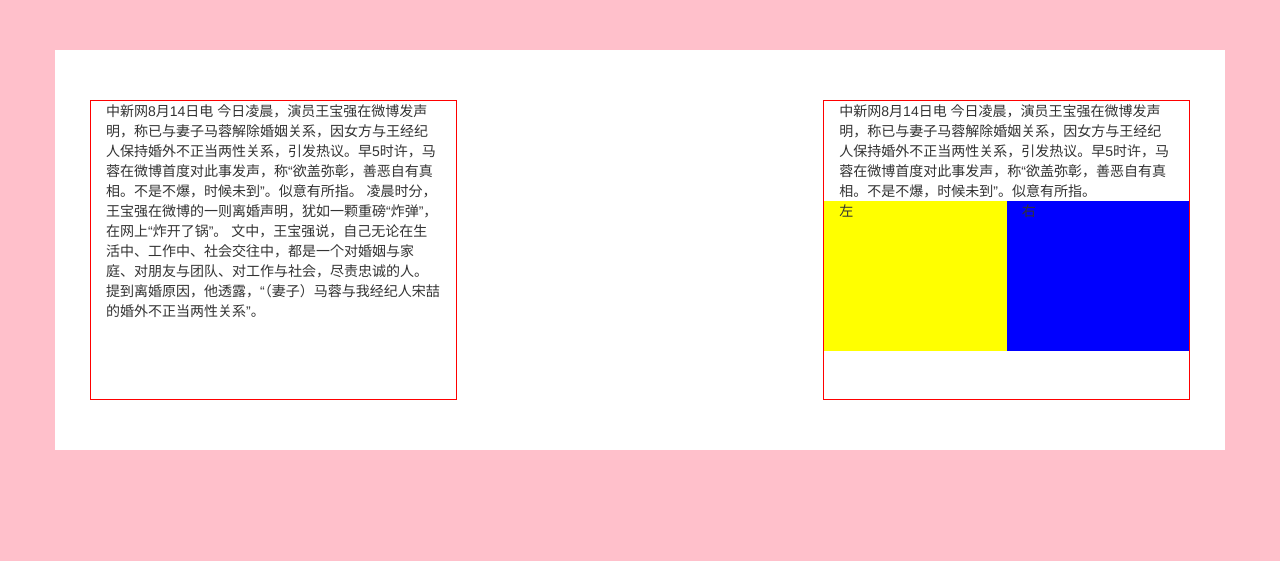
Repository: linkosong/mine
Page: workspaces/activity/src/main/webapp/index.html
An editor plug-in stored every save of this project. The page is shown before and after the next save, followed by the edit.
The browser window is 1280 px wide. The pictures show the whole page.

Above is the page before, as saved 2016-11-18 01:53:05.

### workspaces/activity/src/main/webapp/index.html
<!DOCTYPE HTML>
<html>
	<head>
		<meta http-equiv="X-UA-Compatible" content="IE=edge"><!--  IE浏览器9.0全都支持 ，的核心配置意思是与bootstrap交融，正常使用  -->
		<meta name="viewport" charset="utf-8"  content="device=device-width,initoal-scale=1"><!--  合适图框的大小，缩放的比例 ，支持pc端，移动端     -->
		<title>Bootstrap基础入门</title>
		<link rel="stylesheet" href="bootstrap/css/bootstrap.min.css" type="text/css"></link>
		<script type="text/javascript" src="bootstrap/js/jquery-3.1.1.min.js"></script>
		<script type="text/javascript" src="bootstrap/js/bootstrap.min.js"></script>
	</head>
<!-- 栅格系统 -->
	<body style="padding: 50px; background-color: pink">
		<div class="container" style="padding: 50px; background-color: #fff"> <!-- container : 表示的是文字或内容到边框的自动调整       -->

			<div class="row">
				<div class="col-md-4 " style="border:1px solid red;height:300px"> <!--  col-md-* :表示的是所适应的屏幕
				                                                                        col-后跟sm用于手机端， xs用于平板 ， md用于电脑 ，lg用于大屏幕
				                                                                                                                                                                                                                        默认的是一行十二列
				                                                                     -->

					中新网8月14日电
					今日凌晨，演员王宝强在微博发声明，称已与妻子马蓉解除婚姻关系，因女方与王经纪人保持婚外不正当两性关系，引发热议。早5时许，马蓉在微博首度对此事发声，称“欲盖弥彰，善恶自有真相。不是不爆，时候未到”。似意有所指。
					凌晨时分，王宝强在微博的一则离婚声明，犹如一颗重磅“炸弹”，在网上“炸开了锅”。
					文中，王宝强说，自己无论在生活中、工作中、社会交往中，都是一个对婚姻与家庭、对朋友与团队、对工作与社会，尽责忠诚的人。提到离婚原因，他透露，“（妻子）马蓉与我经纪人宋喆的婚外不正当两性关系”。
				</div>
				<!-- 列偏移    col-md-offset-4  向右偏移4个栅     页面一共12个栅-->
				<div class="col-md-4 col-md-offset-4" style="border:1px solid red;height:300px">
					中新网8月14日电
					今日凌晨，演员王宝强在微博发声明，称已与妻子马蓉解除婚姻关系，因女方与王经纪人保持婚外不正当两性关系，引发热议。早5时许，马蓉在微博首度对此事发声，称“欲盖弥彰，善恶自有真相。不是不爆，时候未到”。似意有所指。
				<!-- 列嵌套	嵌套栅格系统  一个新的栅格布局12列-->
					<div class="row">
						<div class="col-md-6" style="height:150px;background-color:yellow;">左</div>
						<div class="col-md-6"  style="height:150px;background-color:blue;">右</div>
					</div>
				</div>

		</div>
	</div>
	</body>
</html>

Loaded but not shown: workspaces/activity/src/main/webapp/bootstrap/css/bootstrap.min.css (library); workspaces/activity/src/main/webapp/bootstrap/js/jquery-3.1.1.min.js (library); workspaces/activity/src/main/webapp/bootstrap/js/bootstrap.min.js (library)

After the next save:
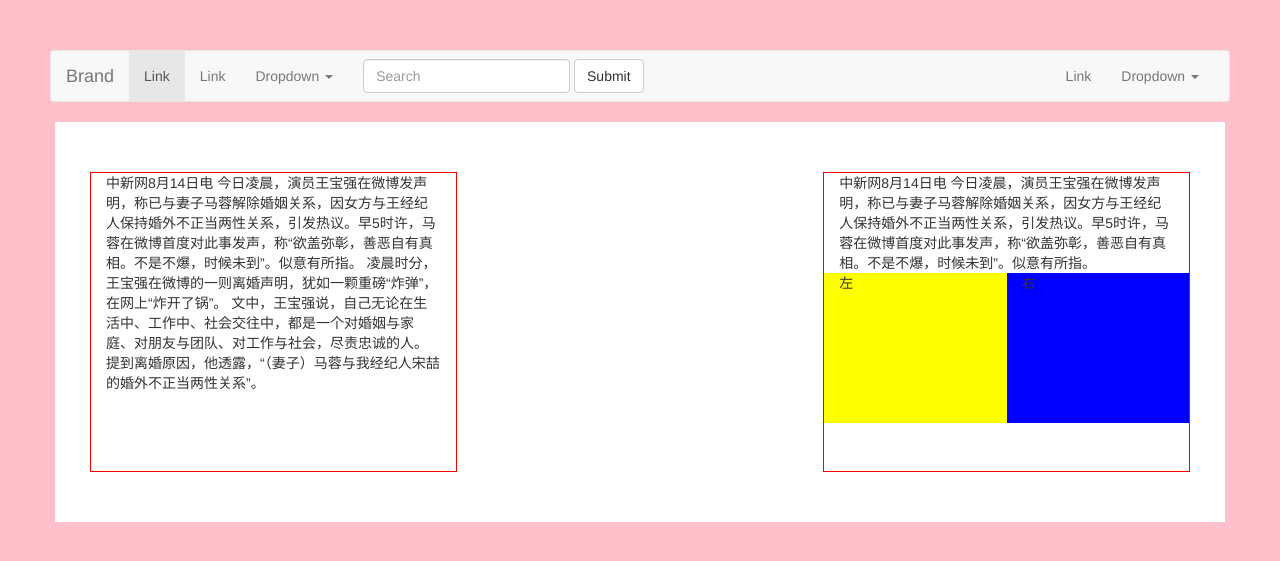
Saved 8 h 0 min later.
--- a/workspaces/activity/src/main/webapp/index.html
+++ b/workspaces/activity/src/main/webapp/index.html
@@ -10,6 +10,60 @@
 	</head>
 <!-- 栅格系统 -->
 	<body style="padding: 50px; background-color: pink">
+	<nav class="navbar navbar-default" role="navigation">
+  <div class="container-fluid">
+    <!-- Brand and toggle get grouped for better mobile display -->
+    <div class="navbar-header">
+      <button type="button" class="navbar-toggle collapsed" data-toggle="collapse" data-target="#bs-example-navbar-collapse-1">
+        <span class="sr-only">Toggle navigation</span>
+        <span class="icon-bar"></span>
+        <span class="icon-bar"></span>
+        <span class="icon-bar"></span>
+      </button>
+      <a class="navbar-brand" href="#">Brand</a>
+    </div>
+
+    <!-- Collect the nav links, forms, and other content for toggling -->
+    <div class="collapse navbar-collapse" id="bs-example-navbar-collapse-1">
+      <ul class="nav navbar-nav">
+        <li class="active"><a href="#">Link</a></li>
+        <li><a href="#">Link</a></li>
+        <li class="dropdown">
+          <a href="#" class="dropdown-toggle" data-toggle="dropdown">Dropdown <span class="caret"></span></a>
+          <ul class="dropdown-menu" role="menu">
+            <li><a href="#">Action</a></li>
+            <li><a href="#">Another action</a></li>
+            <li><a href="#">Something else here</a></li>
+            <li class="divider"></li>
+            <li><a href="#">Separated link</a></li>
+            <li class="divider"></li>
+            <li><a href="#">One more separated link</a></li>
+          </ul>
+        </li>
+      </ul>
+      <form class="navbar-form navbar-left" role="search">
+        <div class="form-group">
+          <input type="text" class="form-control" placeholder="Search">
+        </div>
+        <button type="submit" class="btn btn-default">Submit</button>
+      </form>
+      <ul class="nav navbar-nav navbar-right">
+        <li><a href="#">Link</a></li>
+        <li class="dropdown">
+          <a href="#" class="dropdown-toggle" data-toggle="dropdown">Dropdown <span class="caret"></span></a>
+          <ul class="dropdown-menu" role="menu">
+            <li><a href="#">Action</a></li>
+            <li><a href="#">Another action</a></li>
+            <li><a href="#">Something else here</a></li>
+            <li class="divider"></li>
+            <li><a href="#">Separated link</a></li>
+          </ul>
+        </li>
+      </ul>
+    </div><!-- /.navbar-collapse -->
+  </div><!-- /.container-fluid -->
+</nav>
+
 		<div class="container" style="padding: 50px; background-color: #fff"> <!-- container : 表示的是文字或内容到边框的自动调整       -->
 
 			<div class="row">
